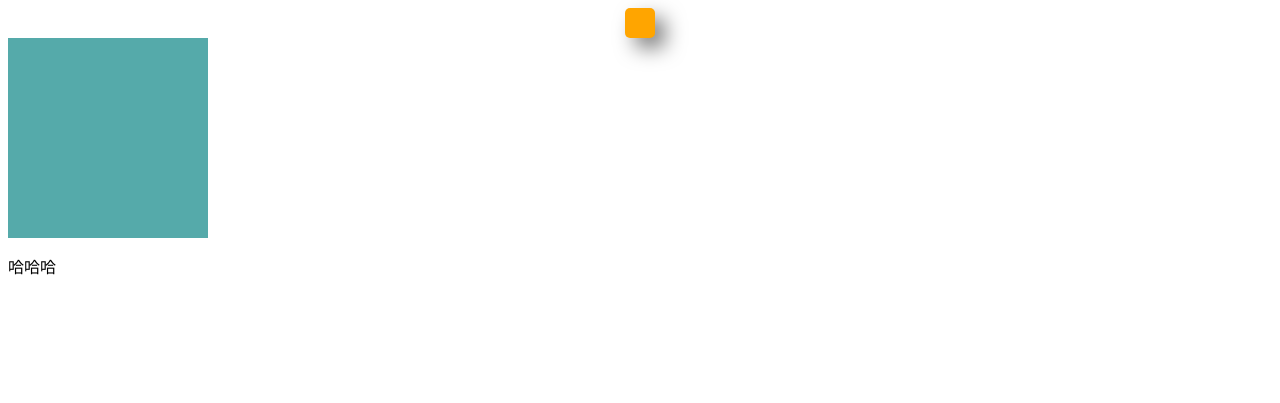
Repository: yuanliumaker/html-css-js
Page: css/css3新特性.html
An editor plug-in stored every save of this project. The page is shown before and after the next save, followed by the edit.
The browser window is 1280 px wide. The pictures show the whole page.

Above is the page before, as saved 2025-08-31 22:49:28.

After the next save:
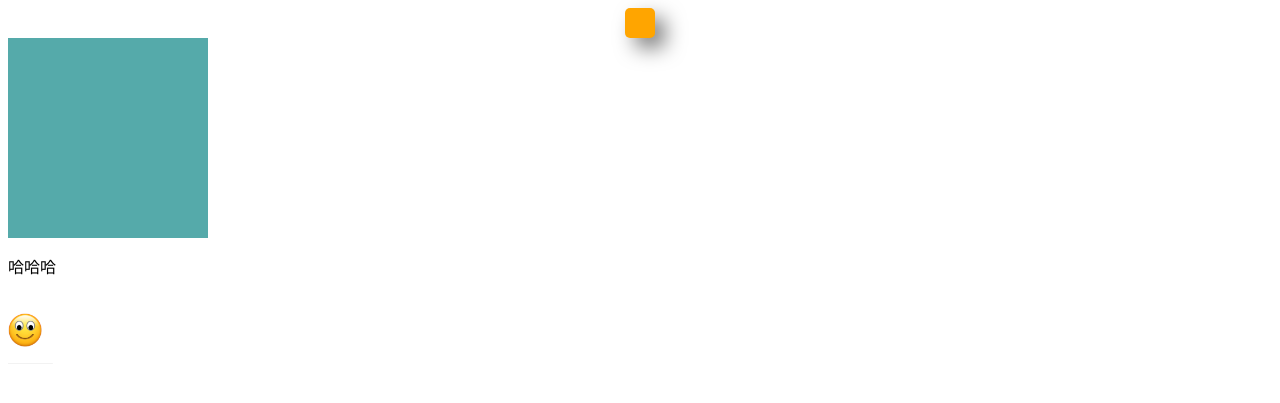
Saved 10 min 59 s later.
--- a/css/css3新特性.html
+++ b/css/css3新特性.html
@@ -69,6 +69,13 @@
         /* css sprite也叫css精灵图,是一种网页图片的应用处理方式,它允许你将
         一个页面所涉及的所有零星图片都包含到一张大图中去
         优点:减少图片的字节;减少网页的http请求,从而大大提高页面的性能 */
+        .icon{
+            display: block;
+            width:45px;
+            height:70px;
+            background-image:url(./1.png);/*加载一整张图片*/
+            background-position:-21px 0;
+        }
     </style>
 </head>
 
@@ -77,5 +84,6 @@
     <div class="box2"> </div>
     <div class="box3"> </div>
     <p>哈哈哈</p>
+    <span class="icon"></span>
 </body>
 </html>
